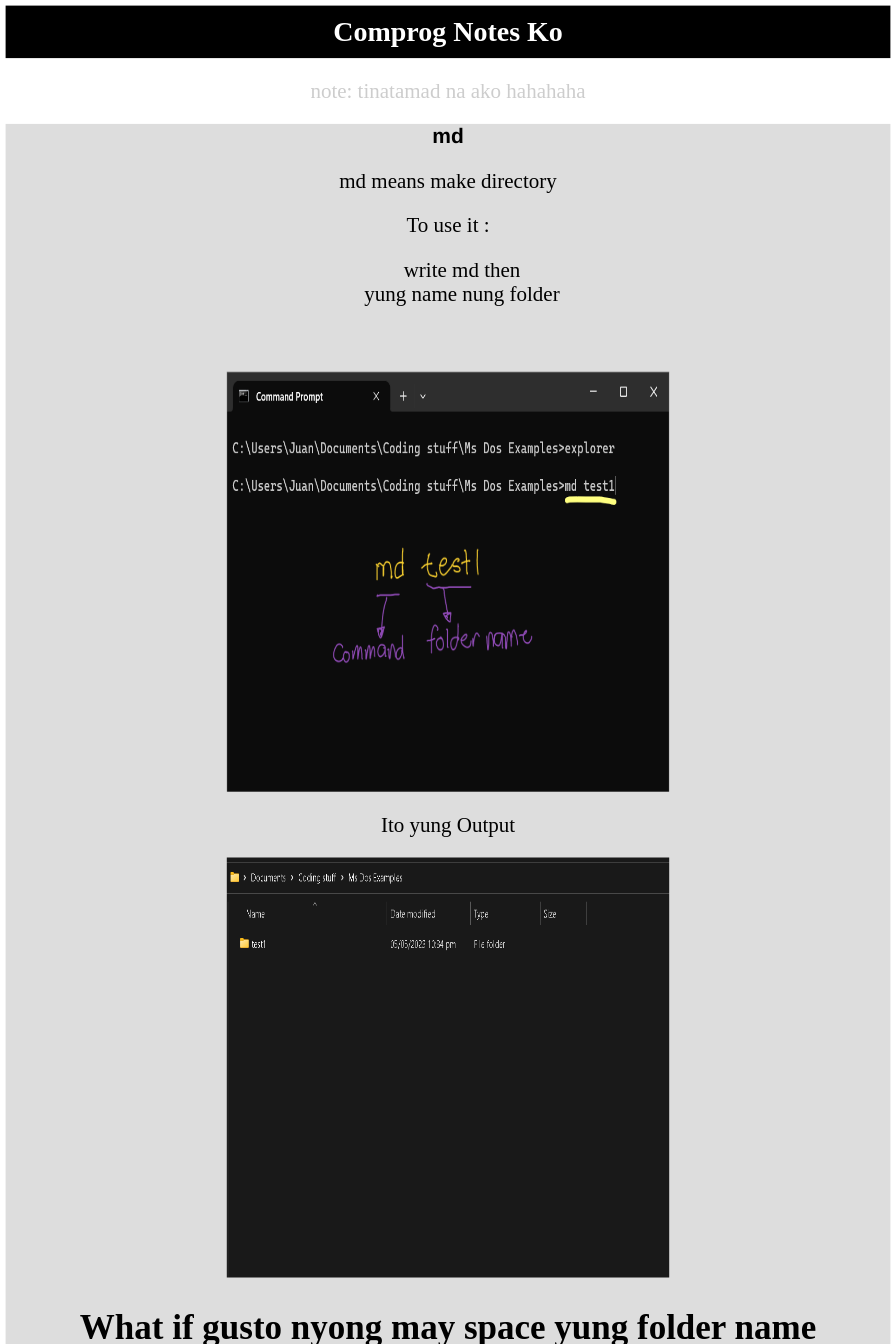
Repository: zwainer/Comprog
Page: index.html
The author's editor kept a copy of each file at every save. The page is drawn from the files as they stood at one save, then again after the next save.
The browser window is 1280 px wide. The pictures show the part of the page from y = 0 to 1920 px (the page is 8296 px tall before and 8268 px after), at 70% of full size.

Above is the page before, as saved 2023-05-06 01:13:03.

After the next save:
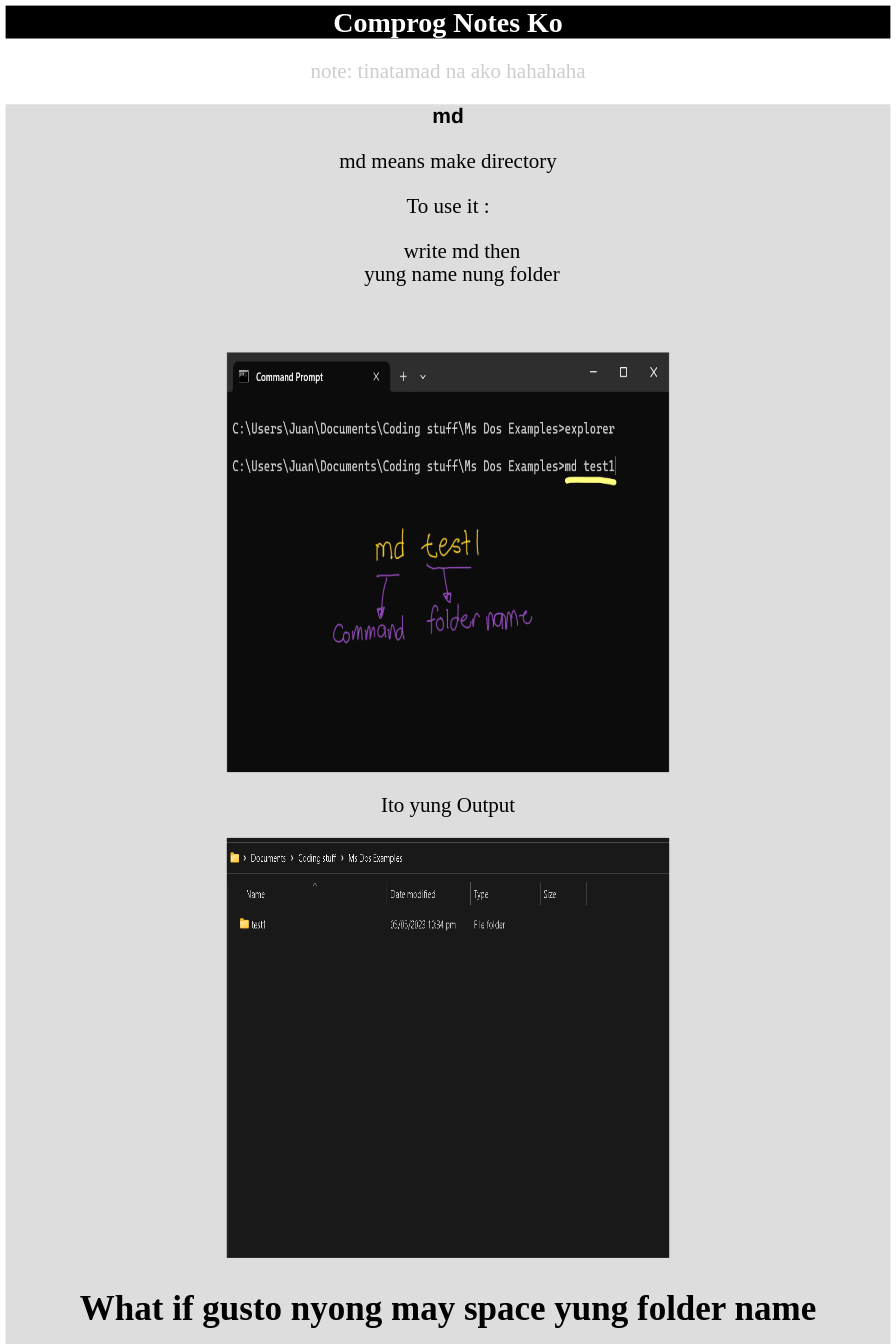
Saved 2 min 4 s later.
--- a/main.css
+++ b/main.css
@@ -4,7 +4,7 @@
     font-size: 40px;
     font-family: 'Arial Narrow Bold';
     text-align: center ;
-    padding: 14px;
+    padding: 0px;
 
 }
 
